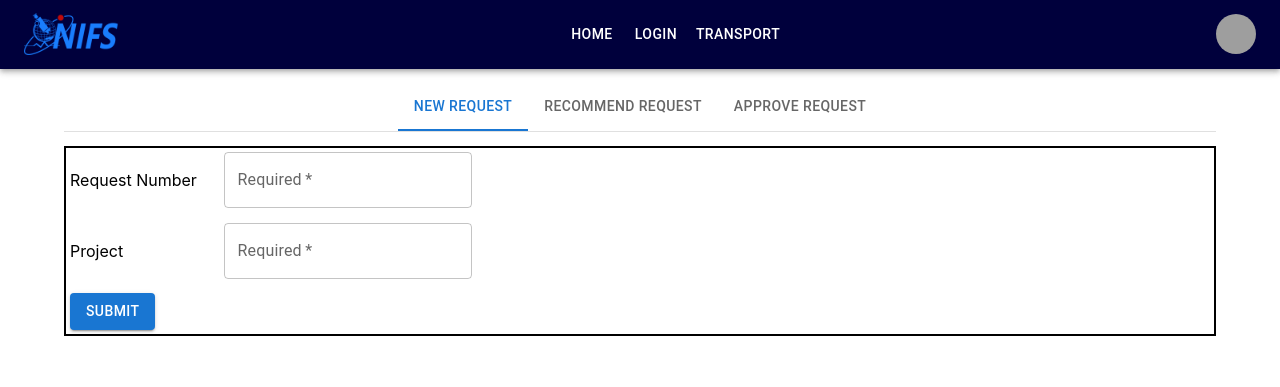
Repository: Ravindu97/NIFS_WebApplication
Page: /transport (app in client/)
These files come from the project's save history. The page is drawn as it stood at one moment and after the next save; the edit follows.
The browser window is 1280 px wide. The pictures show the whole page.
Pictures or frames that could not be fetched are drawn as grey boxes. The project was rebuilt for these pictures with package versions that can differ from the ones it lists, and the page was loaded fresh each time. Also part of the build but not shown: client/src/pages/Home.js, client/src/pages/Login.js, client/src/components/Transport/RecommendedRequest.js, client/src/components/Transport/ApproveRequest.js.

Above is the page before, as saved 2022-06-30 22:49:49.

### client/src/index.css
body {
  margin: 0;
  font-family: -apple-system, BlinkMacSystemFont, 'Segoe UI', 'Roboto', 'Oxygen',
    'Ubuntu', 'Cantarell', 'Fira Sans', 'Droid Sans', 'Helvetica Neue',
    sans-serif;
  -webkit-font-smoothing: antialiased;
  -moz-osx-font-smoothing: grayscale;
}

:root{
  --main-navbar-back: #00003c;

}


.nav-logo{
  width: 100px;
  height: auto;
}

/* main navbar */
.main-navbar{
  background-color: var(--main-navbar-back) !important;
}

/* secondary navbar */
.secondary-navbar{
  margin-top: 2vh !important;
  margin: auto;
}

/* body content */
.body-content{
  margin: auto;
  width: 90%;
  margin-top: 2vh;
}

/* form area */

.form-area{
  border: 2px solid;
  padding:4px;
}

/* input fields */
.input-fields{
  display: flex;
  align-items: center;
  margin-bottom: 2vh;
}

.input-fields label{
  margin-right: 2vw;
  width: 10vw;
}

### client/src/App.js
import * as React from 'react';
import { BrowserRouter as Router, Route, Routes } from 'react-router-dom';
import Navbar from './components/shared/Navbar';
import Home from './pages/Home';
import Login from './pages/Login';
import TransportMainPage from './pages/TransportMainPage';

function App() {
	return (
		<div>
			<Router>
				<Navbar />
				<Routes>
					<Route exact path="/" element={<Home />} />
					<Route exact path="/login" element={<Login />} />
					<Route exact path="/transport/*" element={<TransportMainPage />} />
				</Routes>
			</Router>
		</div>
	);
}

export default App;

### client/src/components/shared/Navbar.js
import * as React from 'react';
import AppBar from '@mui/material/AppBar';
import Box from '@mui/material/Box';
import Toolbar from '@mui/material/Toolbar';
import IconButton from '@mui/material/IconButton';
import Typography from '@mui/material/Typography';
import Menu from '@mui/material/Menu';
import MenuIcon from '@mui/icons-material/Menu';
import Container from '@mui/material/Container';
import Avatar from '@mui/material/Avatar';
import Button from '@mui/material/Button';
import Tooltip from '@mui/material/Tooltip';
import MenuItem from '@mui/material/MenuItem';
import { Link } from 'react-router-dom';
import Logo from '../../images/nifs_logo.png';

const Navbar = () => {
	const pages = [
		{
			id: 0,
			title: 'Home',
			link: '/',
		},
		{
			id: 1,
			title: 'Login',
			link: '/login',
		},
		{
			id: 2,
			title: 'Transport',
			link: '/transport',
		},
	];

	const settings = [
		{
			id: 0,
			title: 'Home',
			link: '/',
		},
		{
			id: 1,
			title: 'Login',
			link: '/login',
		},
		{
			id: 2,
			title: 'Transport',
			link: '/transport',
		},
	];

	const [anchorElNav, setAnchorElNav] = React.useState(null);
	const [anchorElUser, setAnchorElUser] = React.useState(null);

	const handleOpenNavMenu = (event) => {
		setAnchorElNav(event.currentTarget);
	};
	const handleOpenUserMenu = (event) => {
		setAnchorElUser(event.currentTarget);
	};

	const handleCloseNavMenu = () => {
		setAnchorElNav(null);
	};

	const handleCloseUserMenu = () => {
		setAnchorElUser(null);
	};

	return (
		<AppBar position="static" className="main-navbar">
			<Container maxWidth="xl">
				<Toolbar disableGutters>
					{/*Responsive view start here  */}
					<Box sx={{ display: { xs: 'none', md: 'flex' }, mr: 1 }}>
						<img src={Logo} alt="logo" className="nav-logo" />
					</Box>

					<Box sx={{ flexGrow: 1, display: { xs: 'flex', md: 'none' } }}>
						<IconButton
							size="large"
							aria-label="account of current user"
							aria-controls="menu-appbar"
							aria-haspopup="true"
							onClick={handleOpenNavMenu}
							color="inherit"
						>
							<MenuIcon />
						</IconButton>
						<Menu
							id="menu-appbar"
							anchorEl={anchorElNav}
							anchorOrigin={{
								vertical: 'bottom',
								horizontal: 'left',
							}}
							keepMounted
							transformOrigin={{
								vertical: 'top',
								horizontal: 'left',
							}}
							open={Boolean(anchorElNav)}
							onClose={handleCloseNavMenu}
							sx={{
								display: { xs: 'block', md: 'none' },
							}}
						>
							{pages &&
								pages.map((page) => (
									<MenuItem key={page.id} onClick={handleCloseNavMenu}>
										<Link to={page.link} style={{ textDecoration: 'none' }}>
											<Typography textAlign="center">{page.title}</Typography>
										</Link>
									</MenuItem>
								))}
						</Menu>
					</Box>
					{/* Responsive view ends here */}

					{/* Full width starts here */}
					<Box
						sx={{
							mr: 2,
							display: { xs: 'flex', md: 'none' },
							flexGrow: 1,
						}}
					>
						<img src={Logo} alt="logo" className="nav-logo" />
					</Box>

					<Box
						sx={{ flexGrow: 1, display: { xs: 'none', md: 'flex' } }}
						style={{ justifyContent: 'center' }}
					>
						{pages &&
							pages.map((page) => (
								<Link to={page.link} style={{ textDecoration: 'none' }}>
									<Button
										key={page.id}
										onClick={handleCloseNavMenu}
										sx={{ my: 2, color: 'white', display: 'block' }}
									>
										{page.title}
									</Button>
								</Link>
							))}
					</Box>

					{/* end of the navbar */}
					<Box sx={{ flexGrow: 0 }}>
						<Tooltip title="Open settings">
							<IconButton onClick={handleOpenUserMenu} sx={{ p: 0 }}>
								<Avatar
									alt="Remy Sharp"
									src="https://images.unsplash.com/photo-1566753323558-f4e0952af115?ixlib=rb-1.2.1&ixid=MnwxMjA3fDB8MHxzZWFyY2h8MXx8bWFsZXxlbnwwfHwwfHw%3D&w=1000&q=80"
								/>
							</IconButton>
						</Tooltip>
						<Menu
							sx={{ mt: '45px' }}
							id="menu-appbar"
							anchorEl={anchorElUser}
							anchorOrigin={{
								vertical: 'top',
								horizontal: 'right',
							}}
							keepMounted
							transformOrigin={{
								vertical: 'top',
								horizontal: 'right',
							}}
							open={Boolean(anchorElUser)}
							onClose={handleCloseUserMenu}
						>
							{settings.map((setting) => (
								<MenuItem key={setting.id} onClick={handleCloseUserMenu}>
									<Typography textAlign="center">{setting.title}</Typography>
								</MenuItem>
							))}
						</Menu>
					</Box>
				</Toolbar>
			</Container>
		</AppBar>
	);
};
export default Navbar;

### client/src/pages/TransportMainPage.js
import React from 'react';

import TransportNavbar from '../components/Transport/shared/TransportNavbar';
import { Route, Routes } from 'react-router-dom';
import NewRequest from '../components/Transport/NewRequest';
import RecommendedRequest from '../components/Transport/RecommendedRequest';
import ApproveRequest from '../components/Transport/ApproveRequest';

// transport main page where all other section of transport department can be access from here
function TransportMainPage() {
	return (
		<div>
			<TransportNavbar />
			<div className="body-content">
				<Routes>
					<Route exact path="/" element={<NewRequest />} />
					<Route exact path="/recommend" element={<RecommendedRequest />} />
					<Route exact path="/approve" element={<ApproveRequest />} />
				</Routes>
			</div>
		</div>
	);
}

export default TransportMainPage;

### client/src/components/Transport/shared/TransportNavbar.js
import * as React from 'react';
import Tabs from '@mui/material/Tabs';
import Tab from '@mui/material/Tab';
import Box from '@mui/material/Box';
import { Link, useLocation } from 'react-router-dom';

export default function TransportNavbar() {
	const location = useLocation();

	const pages = [
		{
			id: 0,
			title: 'New Request',
			link: '/transport',
		},
		{
			id: 1,
			title: 'Recommend Request',
			link: '/transport/recommend',
		},
		{
			id: 2,
			title: 'Approve Request',
			link: '/transport/approve',
		},
	];

	return (
		<Box sx={{ width: '90%' }} className="secondary-navbar">
			<Box sx={{ borderBottom: 1, borderColor: 'divider' }}>
				<Tabs value={location.pathname} centered>
					{pages &&
						pages.map((page) => (
							<Tab
								key={page.id}
								label={page.title}
								value={page.link}
								component={Link}
								to={page.link}
							/>
						))}
				</Tabs>
			</Box>
		</Box>
	);
}

### client/src/components/Transport/NewRequest.js
import { Button, TextField } from '@mui/material';
import React, { useState } from 'react';
import { useForm } from 'react-hook-form';
function NewRequest() {
	// date set to be stored
	// const [formData, setFormData] = useState({
	// 	reqNo: '',
	// 	project: '',
	// 	fund: '',
	// 	forwardTo: '',
	// 	requestDate: '',
	// 	time: '',
	// 	estimateCost: '',
	// 	type: '',
	// 	modeTravel: '',
	// 	purpose: '',
	// 	note: '',
	// 	employee: '',
	// 	designation: '',
	// 	date: '',
	// 	division: '',
	// 	HOD: '',
	// 	route: '',
	// 	passengers: '',
	// });

	const { register, handleSubmit } = useForm();

	const submitDetails = (data) => {
		console.log(data);
	};

	return (
		<div className="form-area">
			<form onSubmit={handleSubmit(submitDetails)}>
				<div className="input-fields">
					<label>Request Number</label>
					<TextField
						required
						type="text"
						name="reqNo"
						id="outlined-basic"
						label="Required"
						variant="outlined"
						{...register('reqNo', { required: true })}
					/>
				</div>
				<div className="input-fields">
					<label>Project</label>
					<TextField
						required
						type="text"
						name="project"
						id="outlined-basic"
						label="Required"
						variant="outlined"
						{...register('project', { required: true })}
					/>
				</div>
				<Button type="submit" variant="contained">
					Submit
				</Button>
			</form>
		</div>
	);
}

export default NewRequest;

Loaded but not shown: client/src/index.js (common file); client/src/reportWebVitals.js (common file)

After the next save:
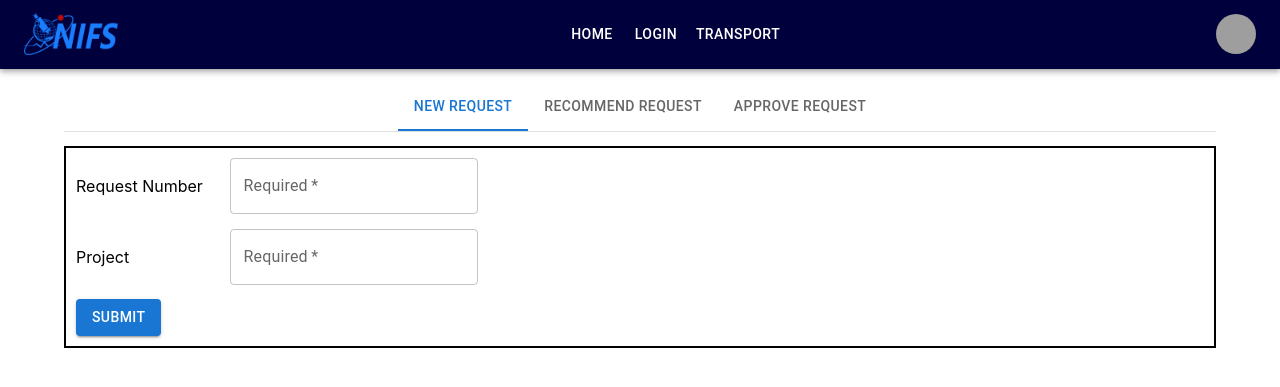
Saved 4 s later.
--- a/client/src/index.css
+++ b/client/src/index.css
@@ -40,7 +40,7 @@ body {
 
 .form-area{
   border: 2px solid;
-  padding:4px;
+  padding:10px;
 }
 
 /* input fields */
